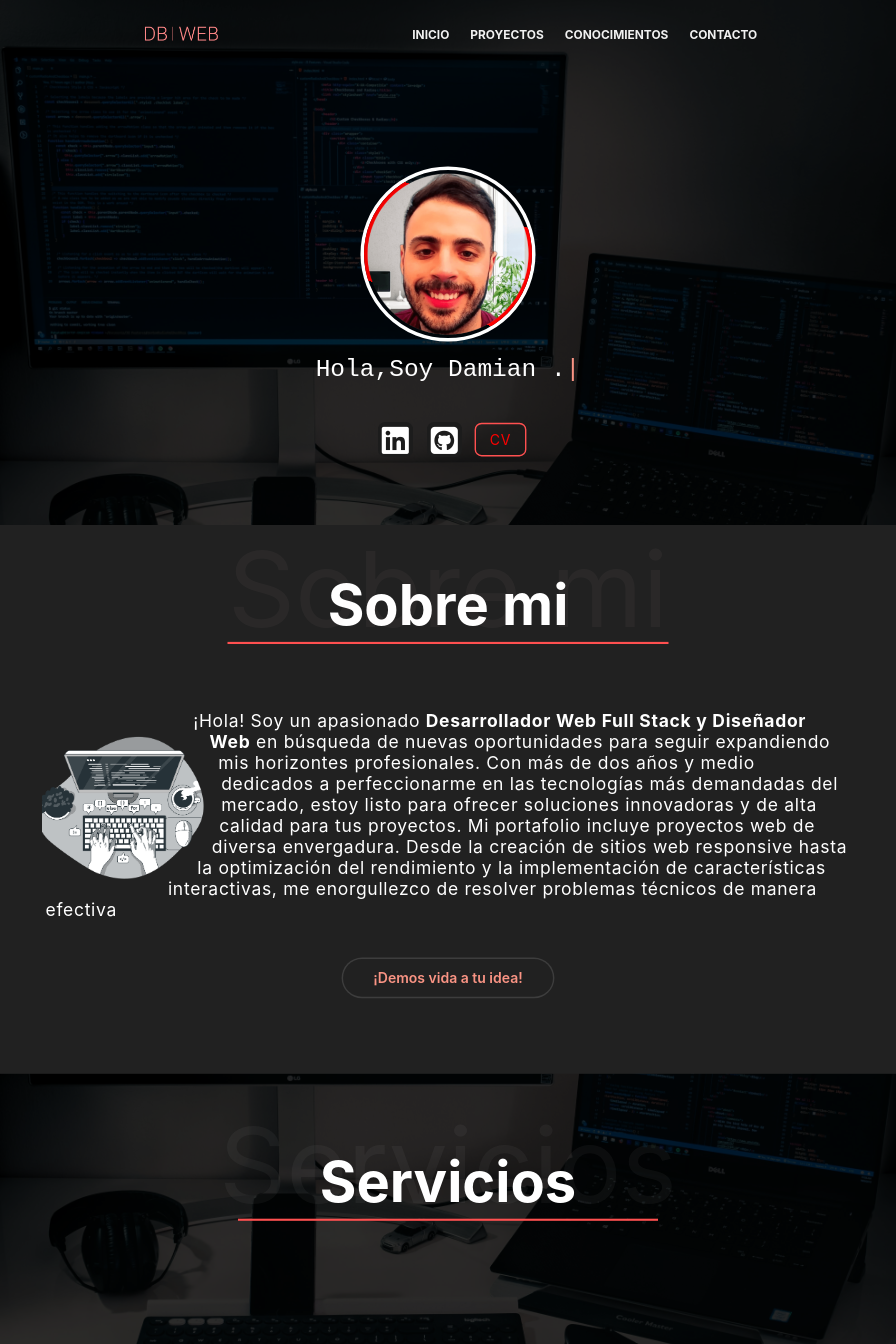
Repository: DamianBermudez94/DB-Porfolio
Page: /
The author's editor kept a copy of each file at every save. The page is drawn from the files as they stood at one save, then again after the next save.
The browser window is 1280 px wide. The pictures show the part of the page from y = 0 to 1920 px (the page is 5872 px tall before and 6072 px after), at 70% of full size.
Backgrounds fixed to the window are drawn as part of the page. Some web libraries are served in a nearby version. The project was rebuilt for these pictures with package versions that can differ from the ones it lists, and the page was loaded fresh each time. Also part of the build but not shown: vite.config.js, src/components/Conocimientos/styles.css, src/components/Conocimientos/Conocimientos.jsx, src/pages/AcerdaDe.jsx, src/components/Contacto/styles.css, src/components/Contacto/Contact.jsx, src/pages/contacto.jsx, src/data/trabajos.js and 4 more.

Above is the page before, as saved 2024-04-02 10:16:03.

After the next save:
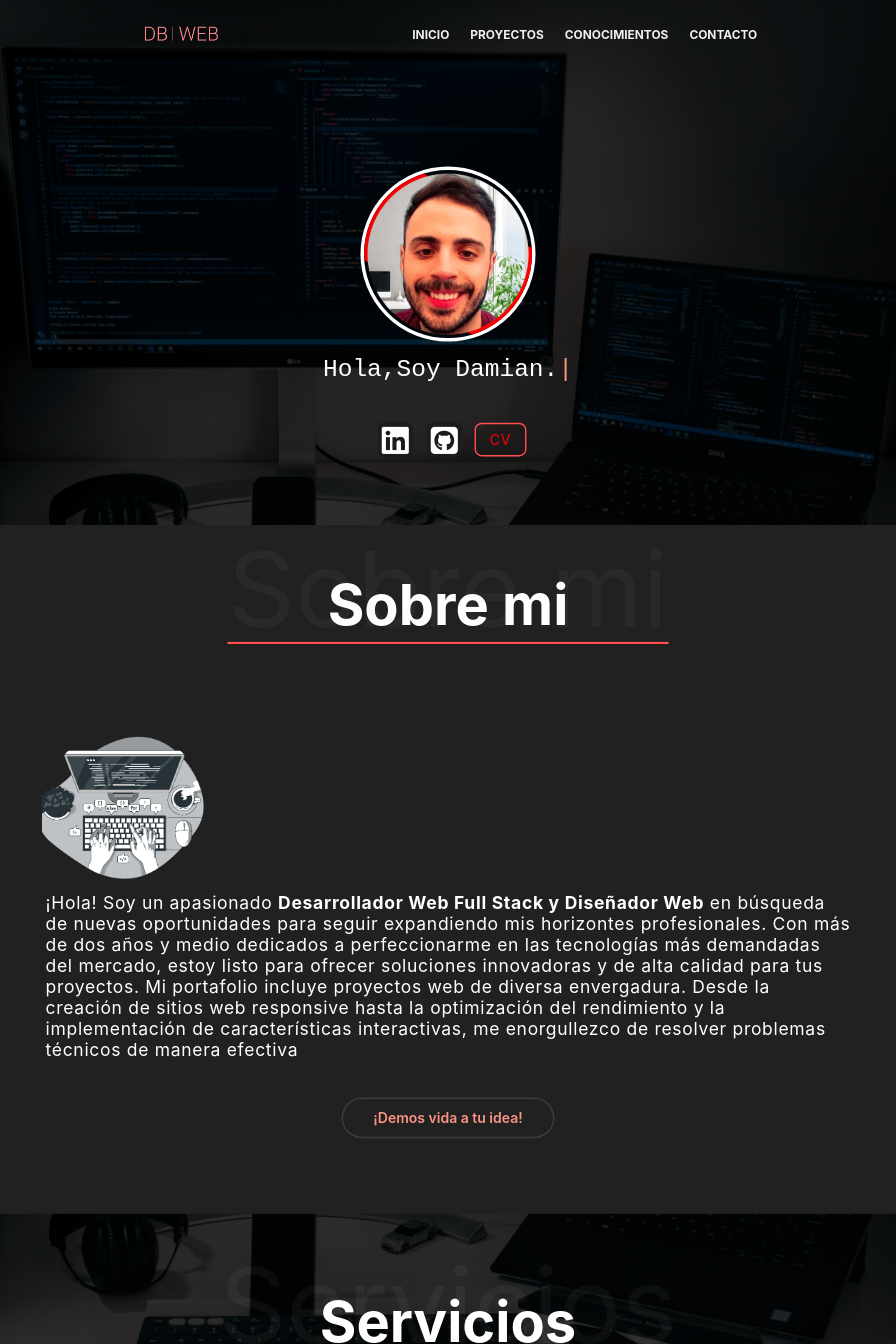
Saved 6 s later.
--- a/src/components/Home/styles.css
+++ b/src/components/Home/styles.css
@@ -195,11 +195,6 @@
 
 
 .container-me article img {
-
-
-  float: left;
-  height: 16rem;
-
   object-fit: cover;
   object-position: -16px 16px;
   shape-outside: circle(50%);

After the save that followed:
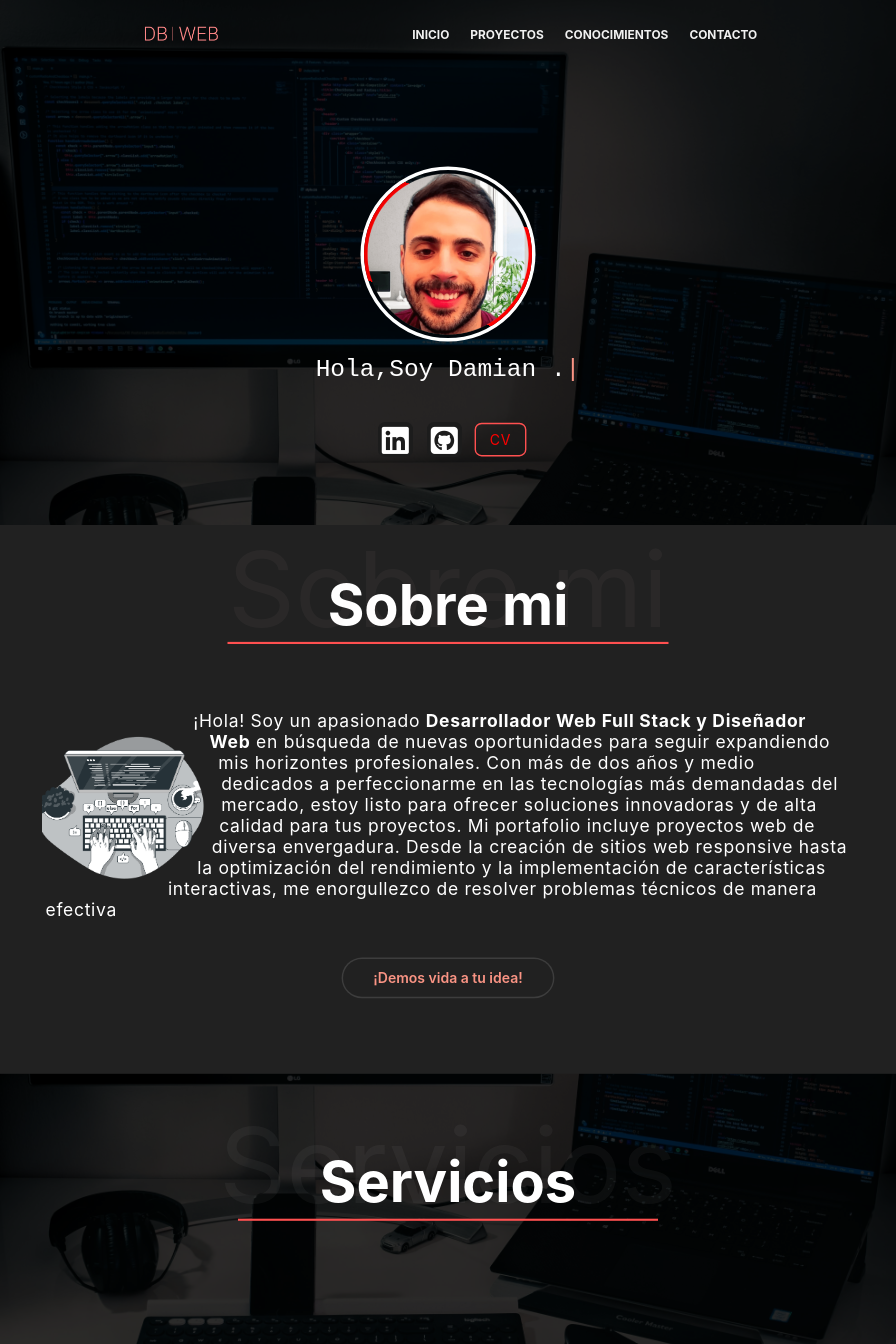
Saved 6 s later.
--- a/src/components/Home/styles.css
+++ b/src/components/Home/styles.css
@@ -195,6 +195,10 @@
 
 
 .container-me article img {
+
+
+  float: left;
+  height: 16rem;
   object-fit: cover;
   object-position: -16px 16px;
   shape-outside: circle(50%);
